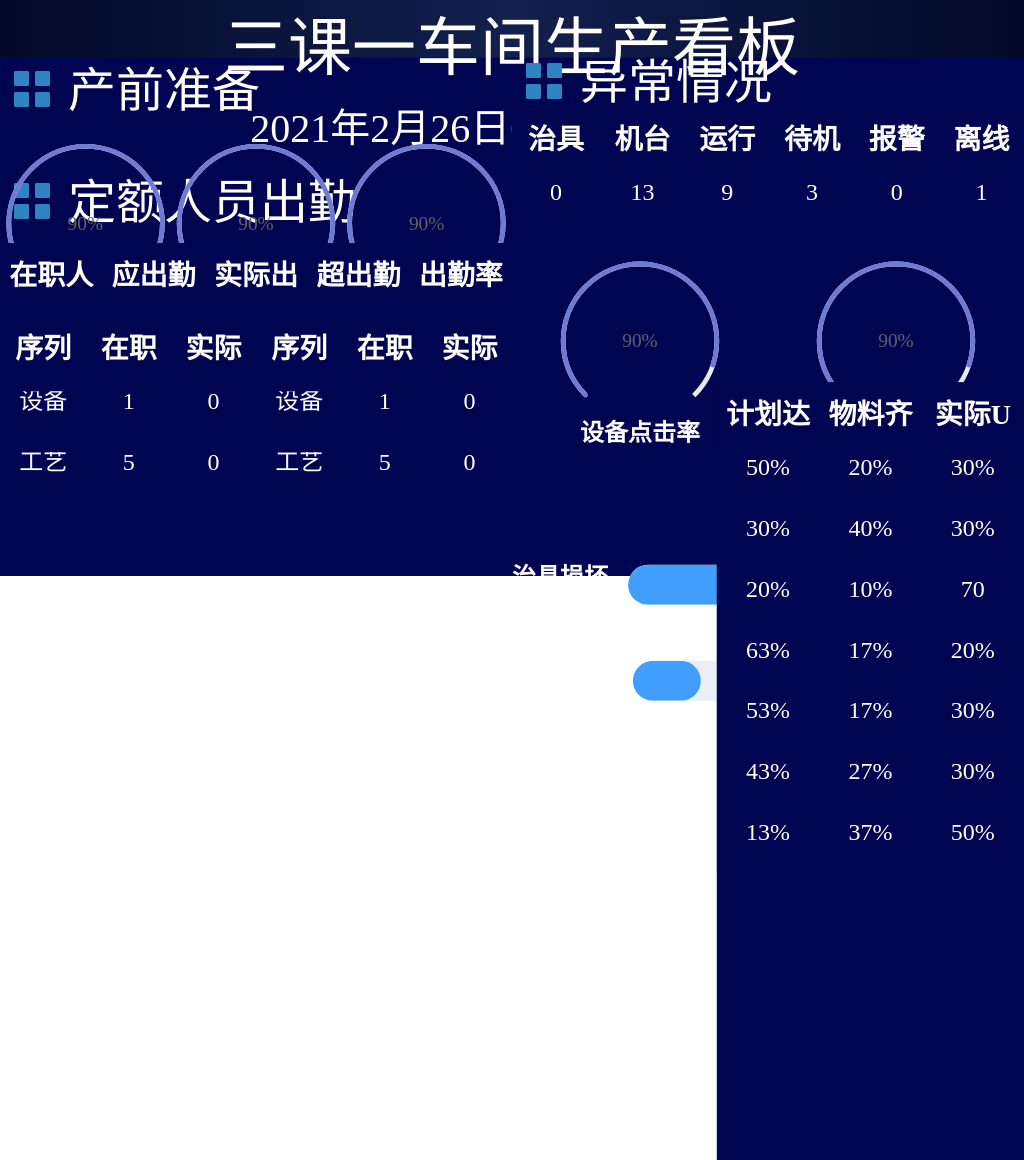
Repository: Bimbaloo/pv-view
Page: a.html
These files come from the project's save history. The page is drawn as it stood at one moment and after the next save; the edit follows.
The browser window is 1280 px wide. The pictures show the whole page, at 80% of full size.

Above is the page before, as saved 2021-05-17 08:48:54.
Console error: ReferenceError: echarts is not defined

After the next save:
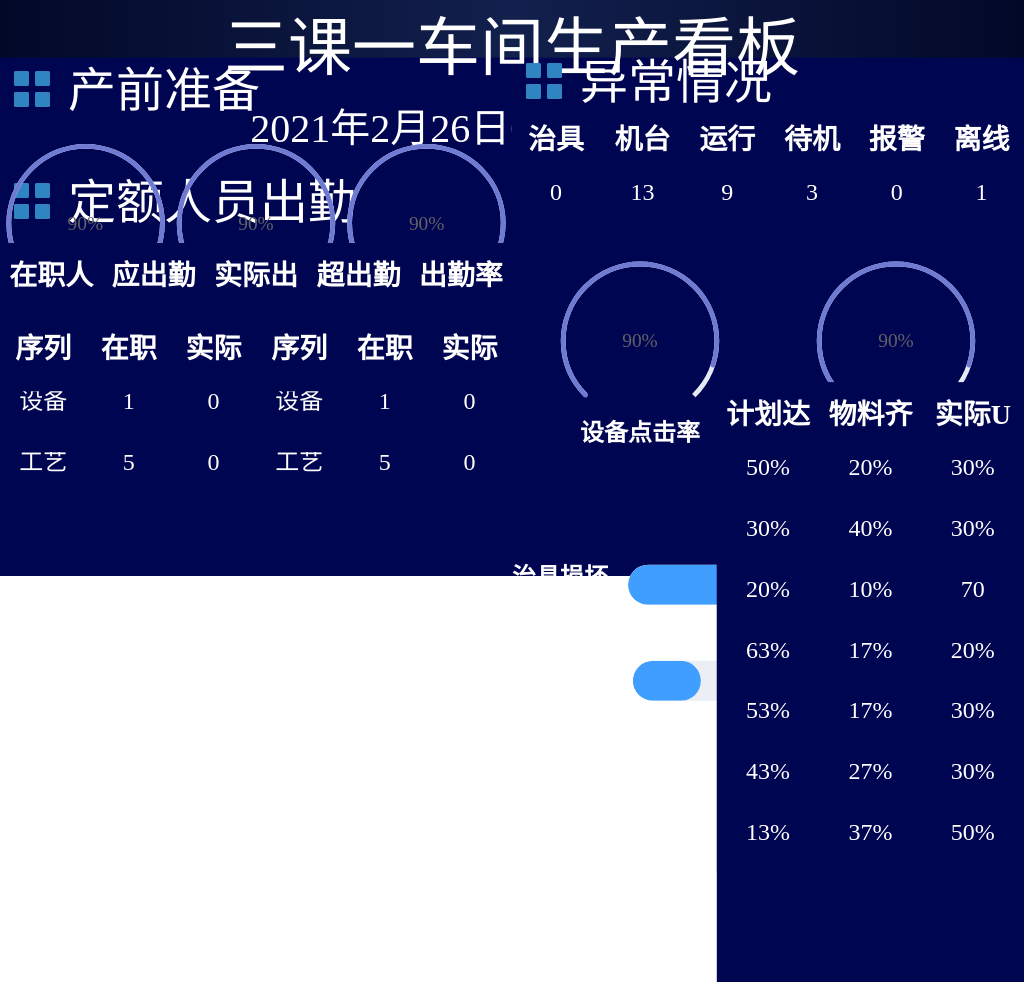
Saved 62 s later.
--- a/a.html
+++ b/a.html
@@ -135,7 +135,7 @@
       </div>
 
       <div id="container" style="height: 80%;width: 70%;"></div>
-      <el-table ref="table5" :data="tableData.data5" style="width: 100%" height='972'>
+      <el-table ref="table5" :data="tableData.data5" style="width: 100%" height='750'>
         <el-table-column v-for="col in columns5" :key="col.prop" :label="col.label" :prop="col.prop"
           :class-name="col.class" align='center'>
         </el-table-column>
